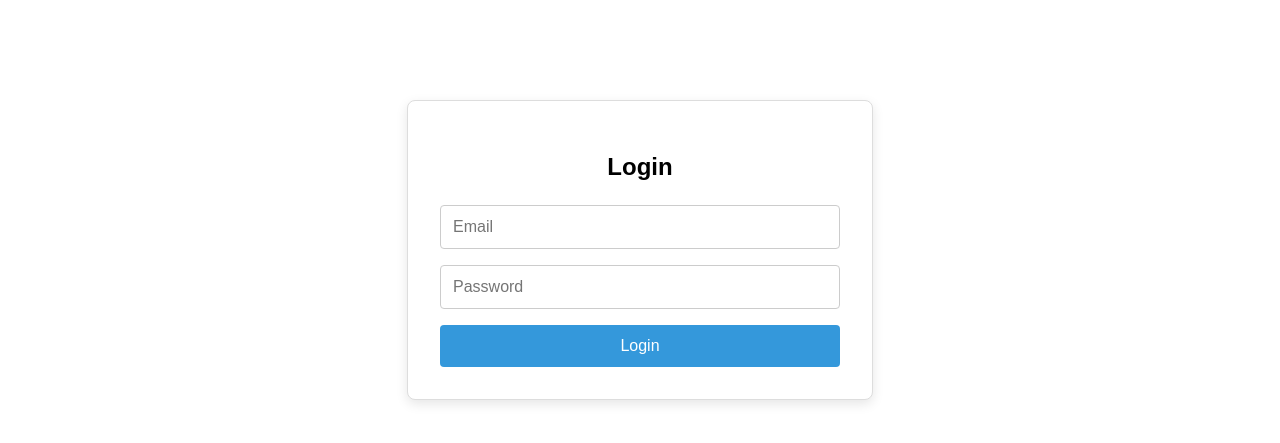
Repository: Edmund-Kiama/todoPHP
Page: / (app in task-manager-frontend/)
An editor plug-in stored every save of this project. The page is shown before and after a run of saves, followed by the edit.
The browser window is 1280 px wide. The pictures show the whole page.
The project was rebuilt for these pictures with package versions that can differ from the ones it lists, and the page was loaded fresh each time. Also part of the build but not shown: task-manager-frontend/vite.config.js.

Above is the page before, as saved 2025-07-12 20:30:14.

After the next 4 saves:
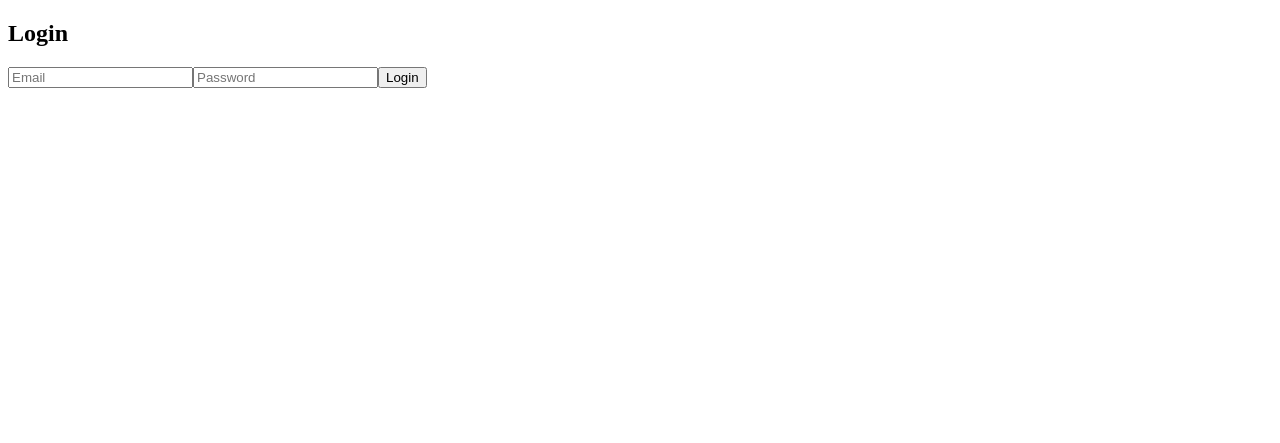
The 4 saves are shown as one change because they came seconds apart.
The last was saved 31 s later.
--- a/task-manager-frontend/src/components/Login/Login.vue
+++ b/task-manager-frontend/src/components/Login/Login.vue
@@ -1,41 +1,41 @@
 <script setup>
-    import '@/assets/login.css'
-  import { ref } from 'vue';
-  import { useRouter } from 'vue-router';
+    import './'
+    import { ref } from 'vue';
+    import { useRouter } from 'vue-router';
 
-  const email = ref('');
-  const password = ref('');
-  const error = ref('');
-  const router = useRouter();
+    const email = ref('');
+    const password = ref('');
+    const error = ref('');
+    const router = useRouter();
 
-  const login = () => {
-    const users = [
-      { email: 'admin@example.com', password: 'admin123', role: 'admin' },
-      { email: 'user@example.com', password: 'user123', role: 'user' },
-    ];
+    const login = () => {
+        const users = [
+        { email: 'admin@example.com', password: 'admin123', role: 'admin' },
+        { email: 'user@example.com', password: 'user123', role: 'user' },
+        ];
 
-    const user = users.find(
-      (u) => u.email === email.value && u.password === password.value
-    );
+        const user = users.find(
+        (u) => u.email === email.value && u.password === password.value
+        );
 
-    if (user) {
-      if (user.role === 'admin') router.push('/admin');
-      else router.push('/user');
-    } else {
-      error.value = 'Invalid credentials';
-    }
-  };
+        if (user) {
+        if (user.role === 'admin') router.push('/admin');
+        else router.push('/user');
+        } else {
+        error.value = 'Invalid credentials';
+        }
+    };
 </script>
 
 <template>
     <div class="login-container">
-      <h2>Login</h2>
-      <form @submit.prevent="login">
-        <input v-model="email" placeholder="Email" required />
-        <input type="password" v-model="password" placeholder="Password" required />
-        <button>Login</button>
-        <p v-if="error">{{ error }}</p>
-      </form>
+        <h2>Login</h2>
+        <form @submit.prevent="login">
+            <input v-model="email" placeholder="Email" required />
+            <input type="password" v-model="password" placeholder="Password" required />
+            <button>Login</button>
+            <p v-if="error">{{ error }}</p>
+        </form>
     </div>
 </template>
 

After the 5 saves that followed:
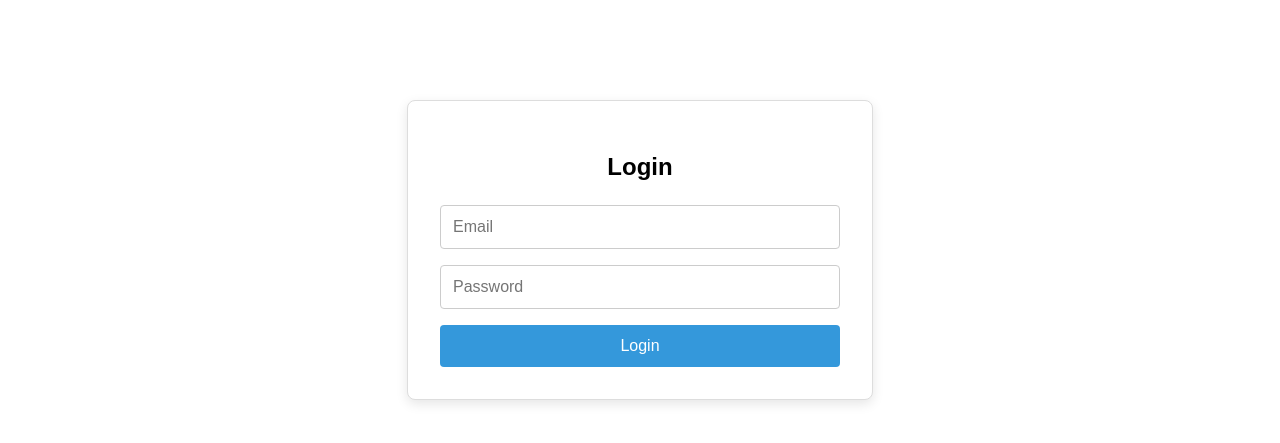
The 5 saves are shown as one change because 1 left the picture as it was and some came seconds apart.
The last was saved 21 s later.
--- a/task-manager-frontend/src/components/Login/Login.vue
+++ b/task-manager-frontend/src/components/Login/Login.vue
@@ -1,5 +1,5 @@
 <script setup>
-    import './'
+    import '../../assets/login.css'
     import { ref } from 'vue';
     import { useRouter } from 'vue-router';
 
